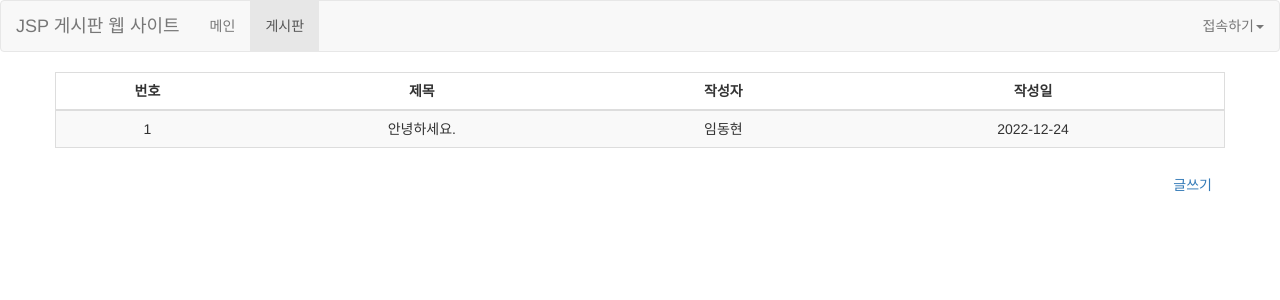
Repository: ehdgus0221/JAVA
Page: http://localhost/BBS/bbs.jsp
An editor plug-in stored every save of this project. The page is shown before and after the next save, followed by the edit.
The browser window is 1280 px wide. The pictures show the whole page.
Some web libraries are served in a nearby version. The page is served by Tomcat 9. Queries for data that is not in the repository find no rows.

Above is the page before, as saved 2022-12-24 07:29:26.

After the next save:
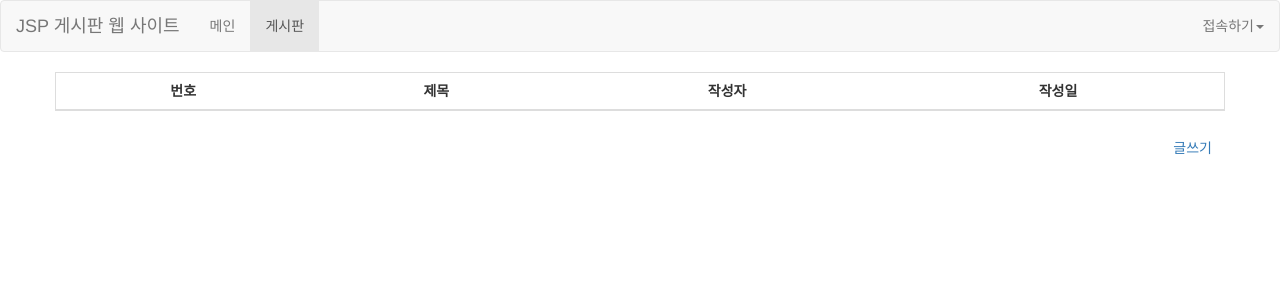
Saved 4 min 3 s later.
--- a/Board-Basic/projects/BBS/src/main/webapp/bbs.jsp
+++ b/Board-Basic/projects/BBS/src/main/webapp/bbs.jsp
@@ -90,12 +90,21 @@
 					</tr>
 				</thead>
 				<tbody>
+				<%
+					BbsDAO bbsDAO = new BbsDAO();
+					ArrayList<Bbs> list = bbsDAO.getList(pageNumber);
+					for(int i=0; i<list.size(); i++) {
+				%>
 					<tr>
-						<td>1</td>
-						<td>안녕하세요.</td>
-						<td>임동현</td>
-						<td>2022-12-24</td>
+						<td><%=list.get(i).getBbsID() %></td>
+						<td><a href="view.jsp?bbsID=<%=list.get(i).getBbsID() %>"><%= list.get(i).getBbsTitle() %></a>></td>
+						<td><%=list.get(i).getUserID() %></td>
+						<td><%=list.get(i).getBbsDate() %></td>
 					</tr>
+				<%
+					}
+				%>
+
 				</tbody>
 			</table>
 			<a href="write.jsp" class="btn btn:primary pull-right">글쓰기</a>
